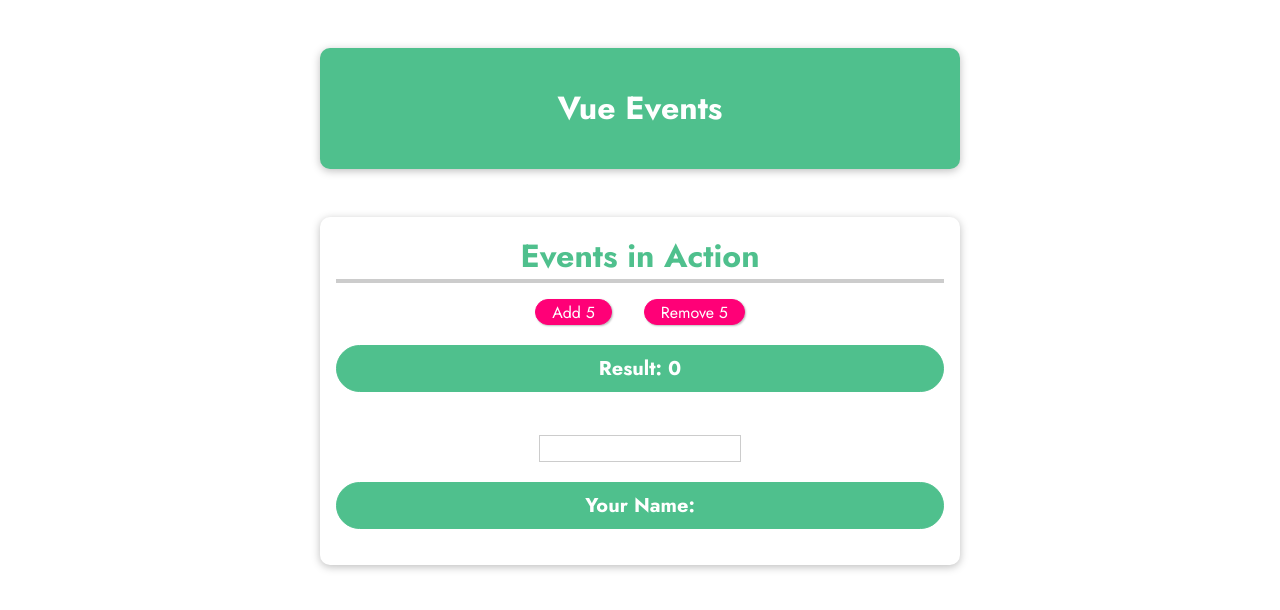
Repository: zmarkoni/Vue-The-Complete-Guide
Page: basics-03-events-starting-code/index.html
The author's editor kept a copy of each file at every save. The page is drawn from the files as they stood at one save, then again after the next save.
The browser window is 1280 px wide. The pictures show the whole page.

Above is the page before, as saved 2020-12-29 17:48:59.

After the next save:
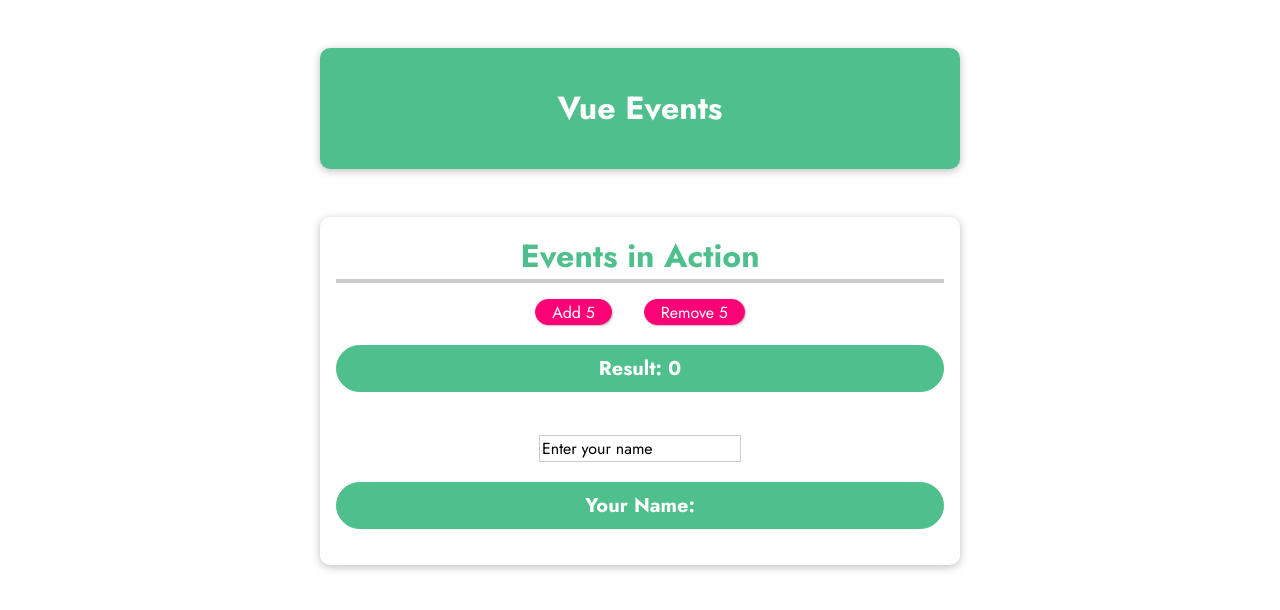
Saved 17 s later.
--- a/basics-03-events-starting-code/index.html
+++ b/basics-03-events-starting-code/index.html
@@ -22,7 +22,7 @@
       <button v-on:click="reduce(5)">Remove 5</button>
       <p>Result: {{ counter }}</p>
       </br>
-      <input type="text" v-on:input="setName" >
+      <input type="text" v-on:input="setName" value="Enter your name">
       <p>Your Name: {{ name }}</p>
     </section>
   </body>
